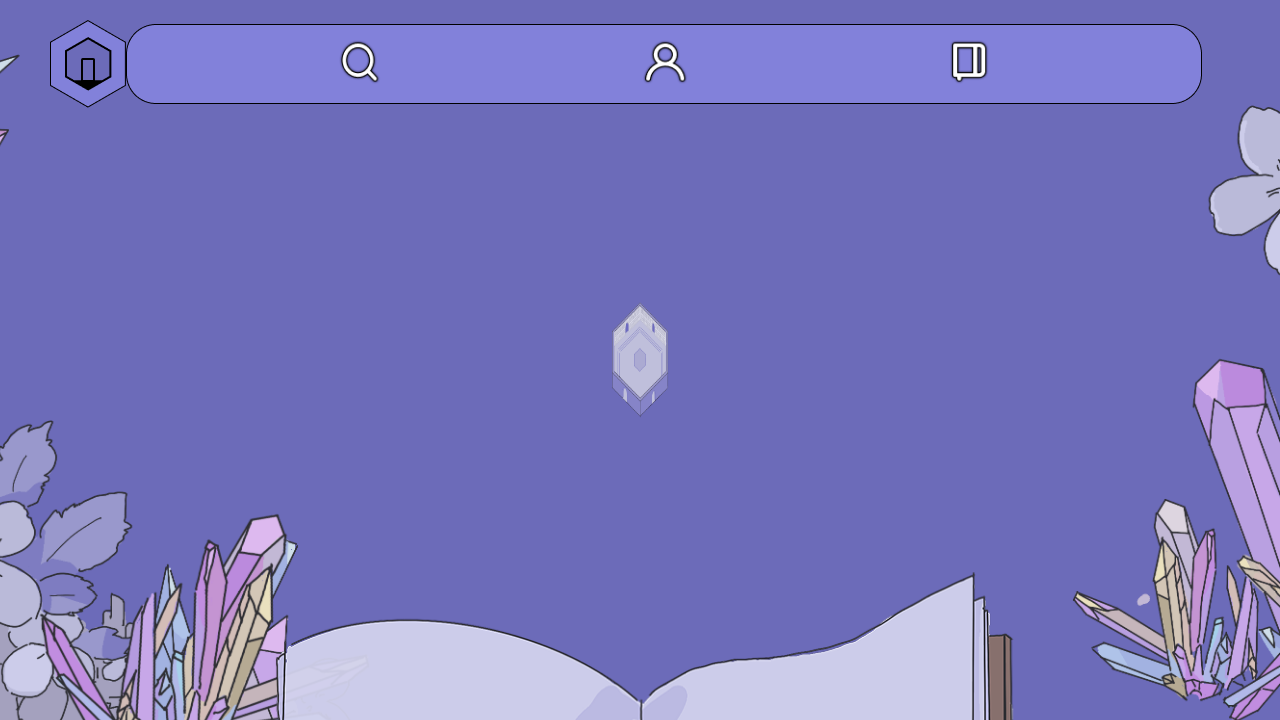
Repository: carolmmc/BabelLibrary
Page: find.html
The author's editor kept a copy of each file at every save. The page is drawn from the files as they stood at one save, then again after the next save.
The browser window is 1280 px wide. The pictures show the whole page.

Above is the page before, as saved 2025-05-09 23:05:06.

After the next save:
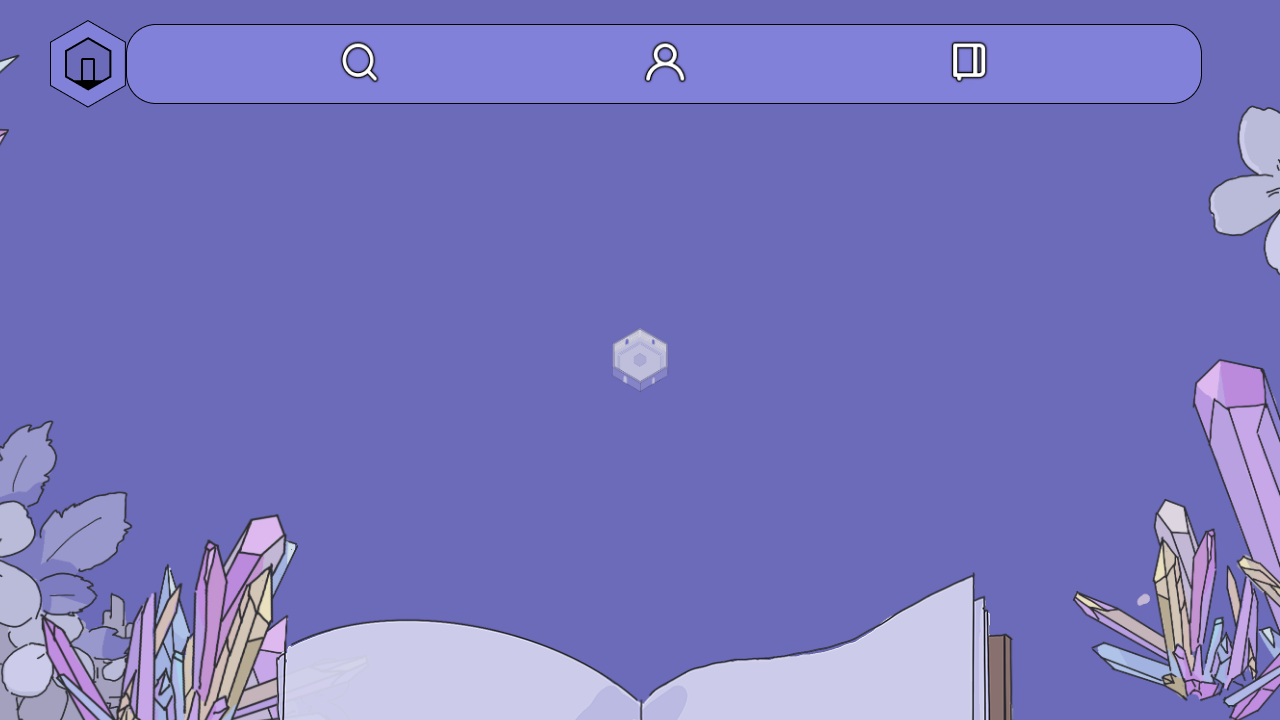
Saved 6 min 12 s later.
--- a/find.html
+++ b/find.html
@@ -65,8 +65,16 @@
     }
     .hexagon:hover{transform:translate(-50%,-50%) scale(1.08);}
 
-    .layer1{width:180px;height:180px;left:50%;top:50%;}
-    .layer2{width:120px;height:120px;}
+    .layer1{
+      width:180px;          /* 只固定宽度 */
+      height:auto;          /* 高度自适应以保持原图比例 */
+      left:50%;
+      top:50%;
+    }
+    .layer2{
+      width:120px;          /* 只固定宽度 */
+      height:auto;          /* 高度自适应以保持原图比例 */
+    }
     .layer3{width:70px;height:70px;}
 
     /* 第二层 6 个位置 */
